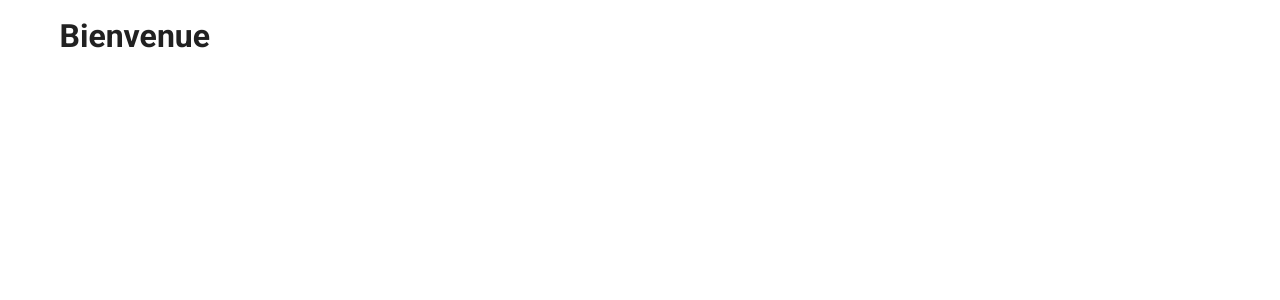
Repository: SidneyHodieb/myc
Page: /
These files come from the project's save history. The page is drawn as it stood at one moment and after the next save; the edit follows.
The browser window is 1280 px wide. The pictures show the whole page.
The project was rebuilt for these pictures with package versions that can differ from the ones it lists, and the page was loaded fresh each time. Also part of the build but not shown: vue.config.js.

Above is the page before, as saved 2021-04-01 22:58:14.

### src/App.vue
<template>
  <v-app>
    <v-main>
      <router-view></router-view>
    </v-main>
  </v-app>
</template>

<script>

export default {
  name: 'App',
  data: () => ({
    //
  }),
};
</script>

### src/views/Home.vue
<template>
  <v-container>
    <v-row>
      <v-col><h1>Bienvenue</h1></v-col>
    </v-row>
  </v-container>
</template>

<script>
// @ is an alias to /src

export default {
  components: {
  }
}
</script>

Loaded but not shown: public/index.html (common file); src/main.js (common file); src/router/index.js (common file); src/store/index.js (common file); src/plugins/vuetify.js (common file)

After the next save:
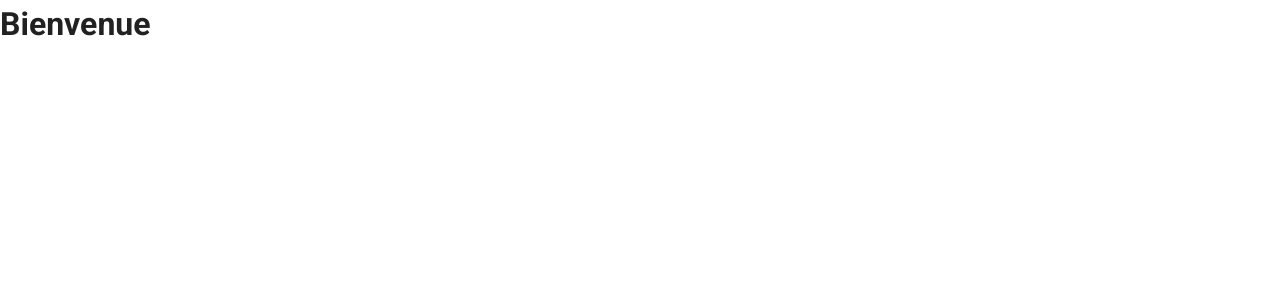
Saved 23 s later.
--- a/src/views/Home.vue
+++ b/src/views/Home.vue
@@ -1,16 +1,16 @@
 <template>
-  <v-container>
-    <v-row>
-      <v-col><h1>Bienvenue</h1></v-col>
-    </v-row>
-  </v-container>
+  <div>
+    <h1>Bienvenue</h1>
+  </div>
 </template>
 
 <script>
 // @ is an alias to /src
 
 export default {
+
   components: {
+
   }
 }
 </script>

After the save that followed:
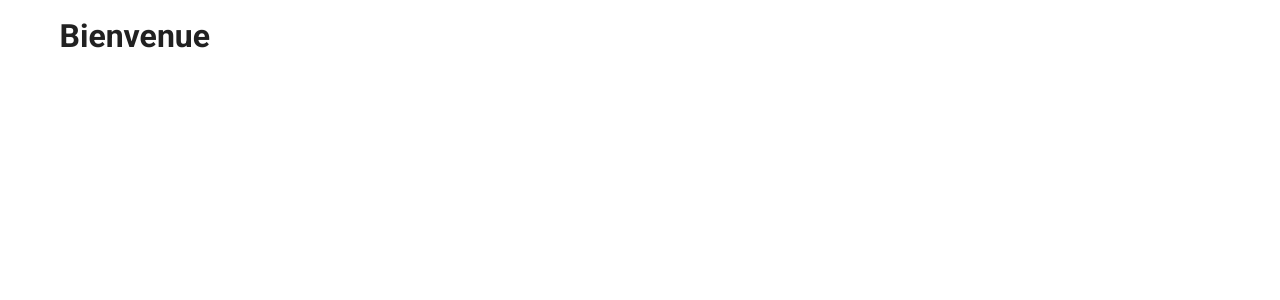
Saved 5 s later.
--- a/src/views/Home.vue
+++ b/src/views/Home.vue
@@ -1,7 +1,9 @@
 <template>
-  <div>
-    <h1>Bienvenue</h1>
-  </div>
+ <v-container>
+    <v-row>
+      <v-col><h1>Bienvenue</h1></v-col>
+    </v-row>
+  </v-container>
 </template>
 
 <script>
